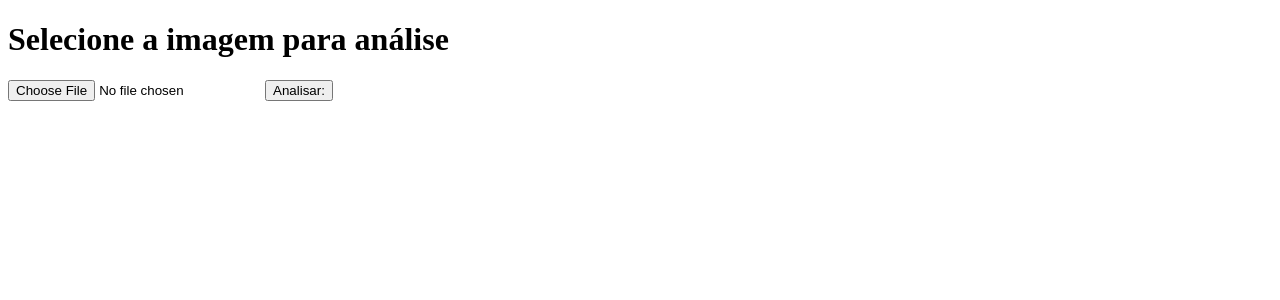
Repository: lucasmsdev/ai_recognize_images
Page: http://localhost/
The author's editor kept a record of every edit. The page is drawn from the files as they stood at one moment, then again after the next edit.
The browser window is 1280 px wide. The pictures show the whole page.
The page is served by the project's application, run on Flask 3 (app.py).

Above is the page before.

### templates/upload.html
<!DOCTYPE html>
<html>
<head>
    <title>Enviar Imagem</title></title>
</head>
<body>
    <h1>Selecione a imagem para análise</h1>
    <form method="POST" enctype="multipart/form-data">
        <input type="file" name="image" accept="image/*" required>
        <button type="submit">Analisar:</button>
    </form>
</body>
</html>

### app.py
import os
import numpy as np
import tensorflow as tf
from tensorflow.keras.preprocessing.image import load_img, img_to_array
from tensorflow.keras.applications.resnet50 import preprocess_input, decode_predictions
from flask import Flask, render_template, request
from PIL import Image  # Importe a classe Image do módulo PIL
app = Flask(__name__)

def preprocess_image(image):
    image = image.resize((224, 224))
    image = img_to_array(image)
    image = preprocess_input(image)
    image = np.expand_dims(image, axis=0)
    return image

model = tf.keras.applications.ResNet50(weights='imagenet')

@app.route('/', methods=['GET', 'POST'])
def upload_and_analyze():
    if request.method == 'POST':
        image_file = request.files['image']
        if image_file:
            image = Image.open(image_file)
            input_image = preprocess_image(image)
            predictions = model.predict(input_image)
            decoded_predictions = decode_predictions(predictions, top=3)[0]
            return render_template('result.html', predictions=decoded_predictions)
    return render_template('upload.html')

@app.route('/devs')
def devs():
    return render_template('devs.html')

if __name__ == '__main__':
    app.run(debug=True, port=8000)

### static/cssdobruno.css
/* upload.css */

.upload-button {
    /* Estilos do botão de upload... */
}

.upload-input {
    display: none;
}

/* Estilizando o botão "Escolher arquivo" */
.custom-file-input {
    display: inline-block;
    padding: 10px 20px;
    background-color: #3498db;
    color: #fff;
    text-decoration: none;
    border: none;
    border-radius: 5px;
    cursor: pointer;
    transition: background-color 0.3s ease-in-out;
}

.custom-file-input:hover {
    background-color: #2980b9;
}

/* Estilizando a label do botão "Escolher arquivo" */
.custom-file-label {
    background-color: #3498db;
    color: #fff;
    padding: 10px 20px;
    border: none;
    border-radius: 5px;
    cursor: pointer;
    transition: background-color 0.3s ease-in-out;
}

.custom-file-label:hover {
    background-color: #2980b9;
}

After the next edit:
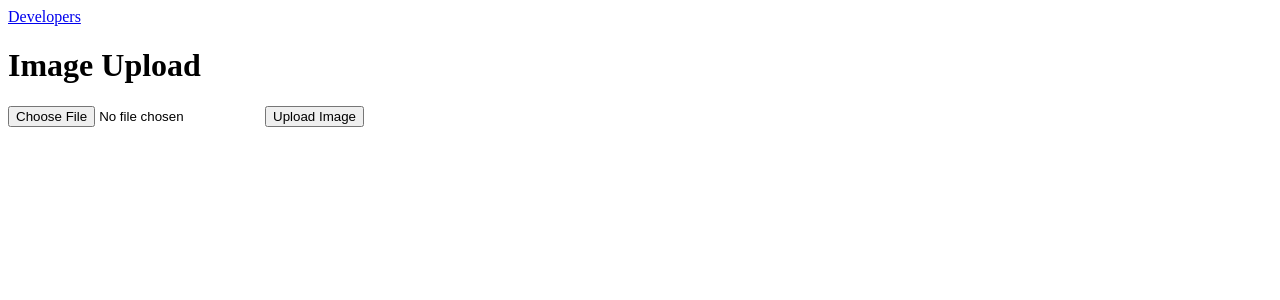
The edit:
--- a/templates/upload.html
+++ b/templates/upload.html
@@ -1,13 +1,17 @@
+<!-- upload.html -->
+
 <!DOCTYPE html>
 <html>
 <head>
-    <title>Enviar Imagem</title></title>
+    <title>Upload Image</title>
+    <link rel="stylesheet" href="{{ url_for('static', filename='cssdobruno.css') }}">
 </head>
 <body>
-    <h1>Selecione a imagem para análise</h1>
-    <form method="POST" enctype="multipart/form-data">
-        <input type="file" name="image" accept="image/*" required>
-        <button type="submit">Analisar:</button>
+    <a href="/devs" class="developers-link">Developers</a>
+    <h1>Image Upload</h1>
+    <form action="/" method="post" enctype="multipart/form-data">
+        <input type="file" name="image" accept="image/*" class="upload-button">
+        <button type="submit" class="upload-button">Upload Image</button>
     </form>
 </body>
 </html>
